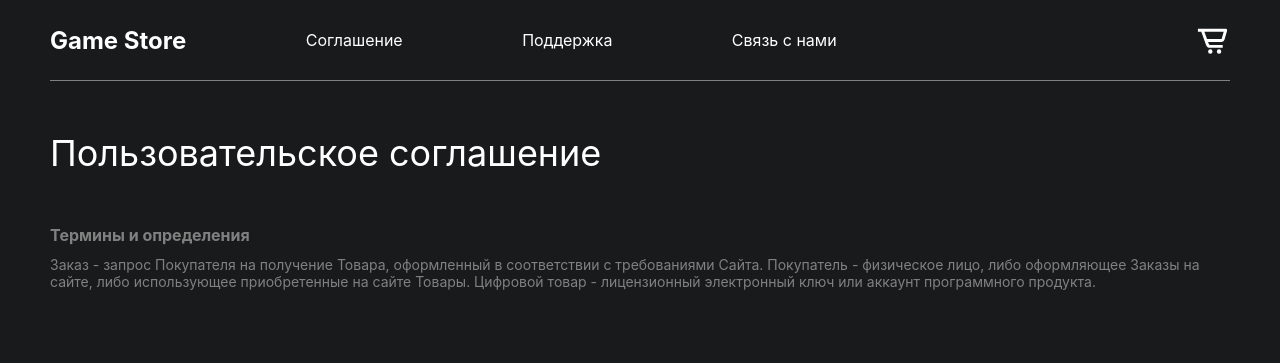
Repository: Minkeani/GameStore
Page: /agreement
These files come from the project's save history. The page is drawn as it stood at one moment and after the next save; the edit follows.
The browser window is 1280 px wide. The pictures show the whole page.
The project was rebuilt for these pictures with package versions that can differ from the ones it lists, and the page was loaded fresh each time. Also part of the build but not shown: src/components/ItemsInCart/ItemsInCart.css, src/components/ItemsInCart/ItemsInCart.jsx, src/components/CartMenu/CartMenu.css, src/components/Btn/Btn.css, src/components/Btn/Btn.jsx, src/components/CartItem/CartItem.css, src/components/CartItem/CartItem.jsx, src/components/utils/utils.js and 18 more.

Above is the page before, as saved 2022-09-11 10:38:37.

After the next save:
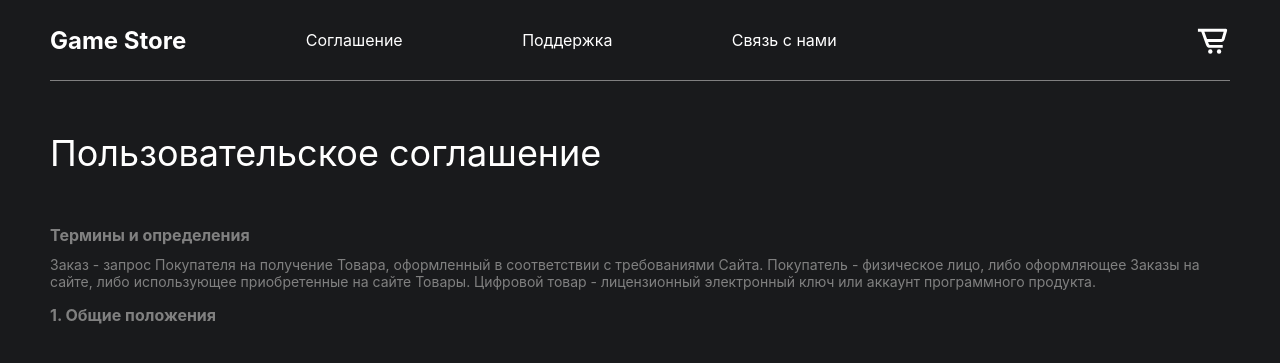
Saved 43 s later.
--- a/src/components/Agreement/Agreement.jsx
+++ b/src/components/Agreement/Agreement.jsx
@@ -16,6 +16,7 @@ const Agreement = () => {
         Товары. Цифровой товар - лицензионный электронный ключ или аккаунт
         программного продукта.
       </P>
+      <Title>1. Общие положения</Title>
     </div>
   );
 };
